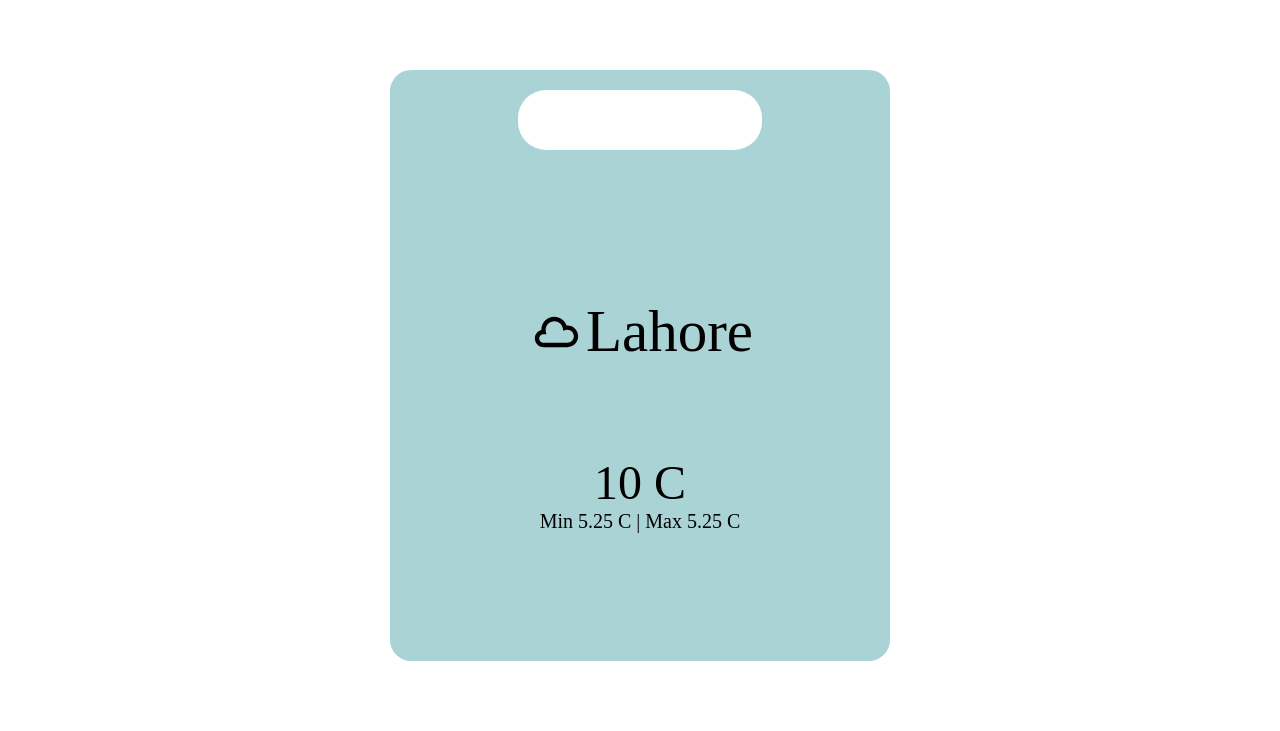
Repository: WajihaGul/Weather-App
Page: /
An editor plug-in stored every save of this project. The page is shown before and after the next save, followed by the edit.
The browser window is 1280 px wide. The pictures show the whole page.
The project was rebuilt for these pictures with package versions that can differ from the ones it lists, and the page was loaded fresh each time. Also part of the build but not shown: src/index.css.

Above is the page before, as saved 2024-05-29 18:33:36.

### public/index.html
<!DOCTYPE html>
<html lang="en">
  <head>
    <meta charset="utf-8" />
    <link rel="icon" href="%PUBLIC_URL%/favicon.ico" />
    <meta name="viewport" content="width=device-width, initial-scale=1" />
    <meta name="theme-color" content="#000000" />
    <meta
      name="description"
      content="Web site created using create-react-app"
    />
    <link rel="apple-touch-icon" href="%PUBLIC_URL%/logo192.png" />
    <!--
      manifest.json provides metadata used when your web app is installed on a
      user's mobile device or desktop. See https://developers.google.com/web/fundamentals/web-app-manifest/
    -->
    <link rel="stylesheet" href="https://cdnjs.cloudflare.com/ajax/libs/font-awesome/6.5.2/css/all.min.css" integrity="sha512-SnH5WK+bZxgPHs44uWIX+LLJAJ9/2PkPKZ5QiAj6Ta86w+fsb2TkcmfRyVX3pBnMFcV7oQPJkl9QevSCWr3W6A==" crossorigin="anonymous" referrerpolicy="no-referrer" />
    <link rel="manifest" href="%PUBLIC_URL%/manifest.json" />
    <!--
      Notice the use of %PUBLIC_URL% in the tags above.
      It will be replaced with the URL of the `public` folder during the build.
      Only files inside the `public` folder can be referenced from the HTML.

      Unlike "/favicon.ico" or "favicon.ico", "%PUBLIC_URL%/favicon.ico" will
      work correctly both with client-side routing and a non-root public URL.
      Learn how to configure a non-root public URL by running `npm run build`.
    -->
    <title>Weather App</title>
  </head>
  <body>
    <noscript>You need to enable JavaScript to run this app.</noscript>
    <div id="root"></div>
    <!--
      This HTML file is a template.
      If you open it directly in the browser, you will see an empty page.

      You can add webfonts, meta tags, or analytics to this file.
      The build step will place the bundled scripts into the <body> tag.

      To begin the development, run `npm start` or `yarn start`.
      To create a production bundle, use `npm run build` or `yarn build`.
    -->
  </body>
</html>

### src/App.js
import Weather from "./Components/Weather/Weather";
function App() {
  return <Weather />;
}

export default App;

### src/Components/Weather/Weather.jsx
import styles from "./Weather.module.css";
import { TiWeatherCloudy } from "react-icons/ti";
import React, { useState } from "react";

const Weather = () => {
  const [city, setCity] = useState("Lahore");
  const [temperature, setTemperature] = useState("10 C");
  return (
    <>
      <div className={styles.divhead}>
        <div>
          <input className={styles.search} type="search" />
        </div>
        <div className={styles.city}>
          <TiWeatherCloudy style={{ height: "52px", marginBottom: "-7px" }} />
          {city}
        </div>
        <div className={styles.temperature}>{temperature}</div>
        <div className={styles.minmax}>Min 5.25 C | Max 5.25 C</div>
      </div>
    </>
  );
};

export default Weather;

### src/Components/Weather/Weather.module.css
.divhead{
        height: 591px;
    width: 500px;
    background-color: #aad3d5;
    margin: 0 auto;
    margin-top: 70px;
    margin-bottom: 70px;
    display: flex;
    flex-direction: column;
    align-items: center;
    border-radius: 21px;
}
.search{
    margin-top: 20px;
    width: 244px;
    height: 60px;
    border: none;
    border-radius: 28px;
}
.city{
       padding-left: 50px;
    padding-right: 50px;
    padding-top: 146px;
    padding-bottom: 89px;
    font-family: emoji;
    font-size: 59px;
}
.temperature{
    font-size: xxx-large;
}

.minmax{
    font-size: 20px;
}

Loaded but not shown: src/index.js (common file); src/reportWebVitals.js (common file)

After the next save:
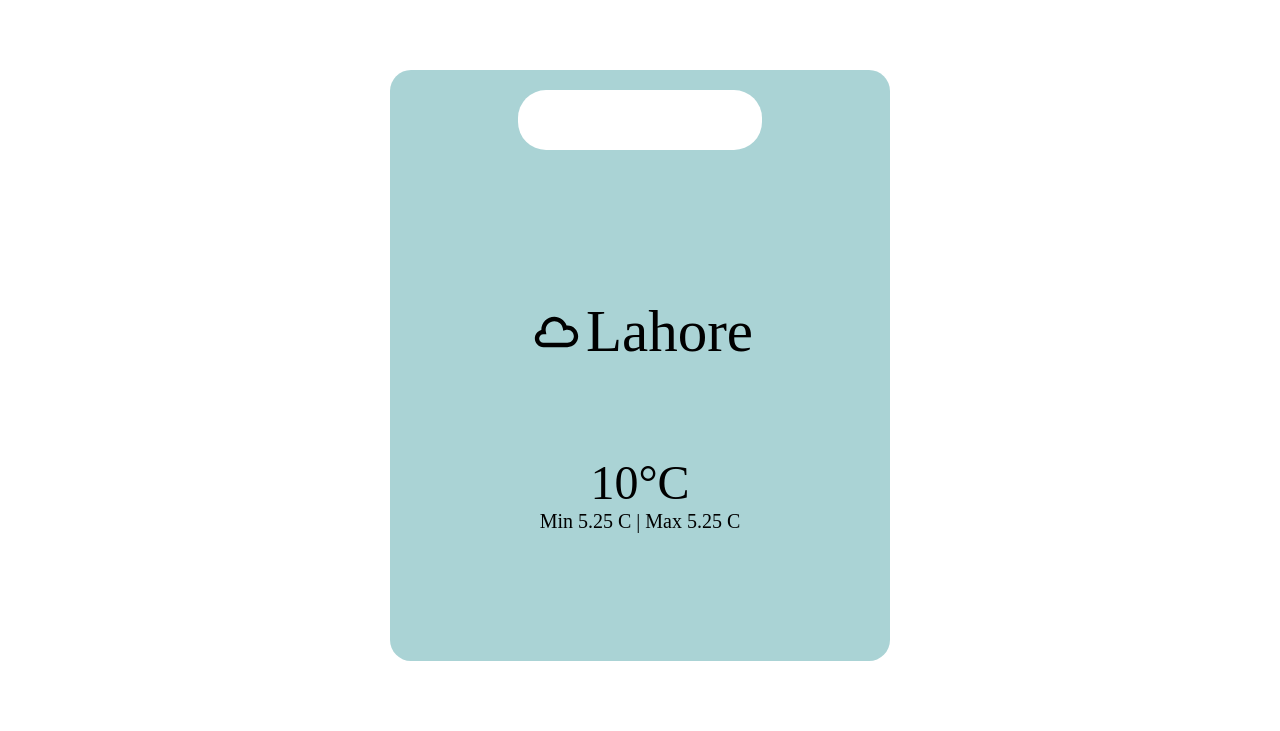
Saved 46 s later.
--- a/src/Components/Weather/Weather.jsx
+++ b/src/Components/Weather/Weather.jsx
@@ -4,7 +4,7 @@ import React, { useState } from "react";
 
 const Weather = () => {
   const [city, setCity] = useState("Lahore");
-  const [temperature, setTemperature] = useState("10 C");
+  const [temperature, setTemperature] = useState("10°C");
   return (
     <>
       <div className={styles.divhead}>
